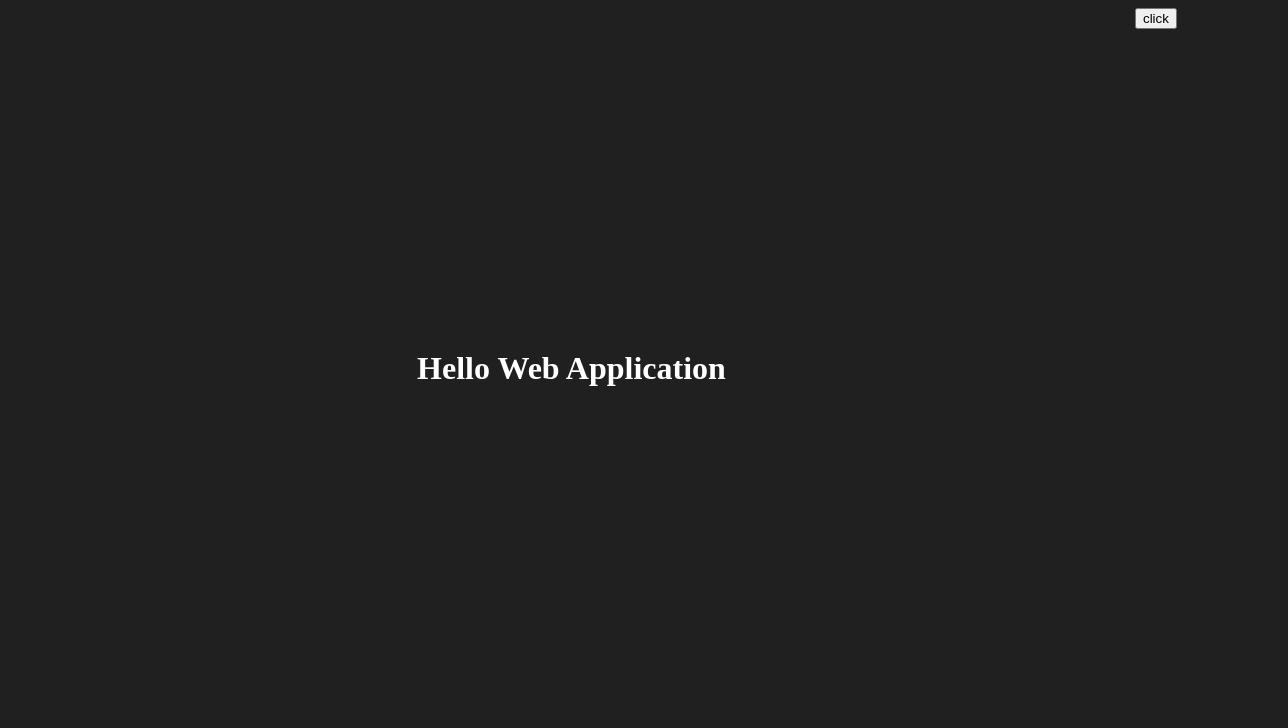
Repository: meanz1/SE_SleepWithMe
Page: SmartTVWorkspace/myapp/index.html
An editor plug-in stored every save of this project. The page is shown before and after the next save, followed by the edit.
The browser window is 1280 px wide. The page is 1288 px wide, so the pictures cover 1288 px, including what lies to the right of the window. The pictures show the whole page.

Above is the page before, as saved 2021-11-22 06:01:18.
Console error: ReferenceError: WebOSServiceBridge is not defined

After the next save:
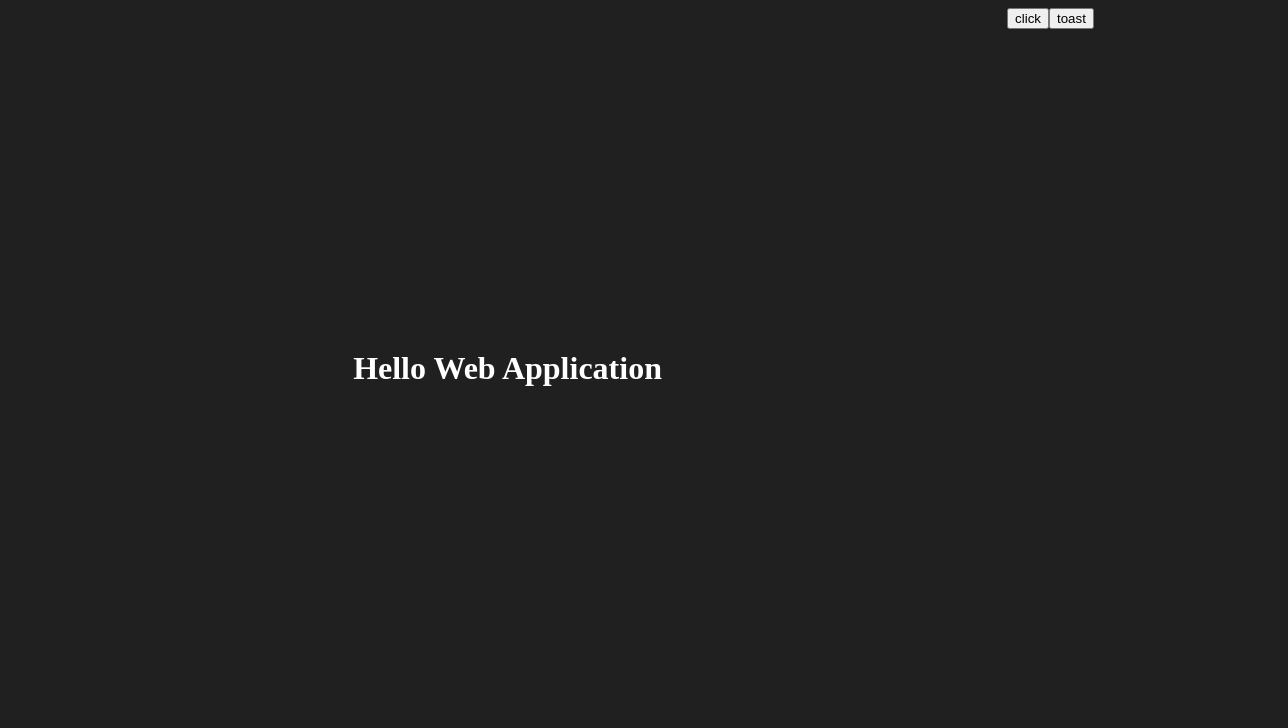
Saved 4 min 37 s later.
--- a/SmartTVWorkspace/myapp/index.html
+++ b/SmartTVWorkspace/myapp/index.html
@@ -43,6 +43,19 @@
 		};
 		bridge.call(url, JSON.stringfy(params));
 	}
+
+	function callToast() {
+        console.log("call my service");
+        const url = 'luna://com.myapp.app.mysrv/toast';
+        const params = {};
+        bridge.onservicecallback = (msg) => {
+            console.log(msg);
+            let res = JSON.parse(msg);
+            document.getElementById("txt_msg").innerHTML = res.Response;
+        };
+
+        bridge.call(url, JSON.stringify(params));
+    }
 	//sample code for calling LS2 API
 
 </script>
@@ -51,6 +64,7 @@
 	<div>
 		<h1 id="txt_msg">Hello Web Application</h1>
 		<button onclick="callMyService()">click</button>
+		<button onclick="callToast()">toast</button>
 	</div>
 </body>
 
